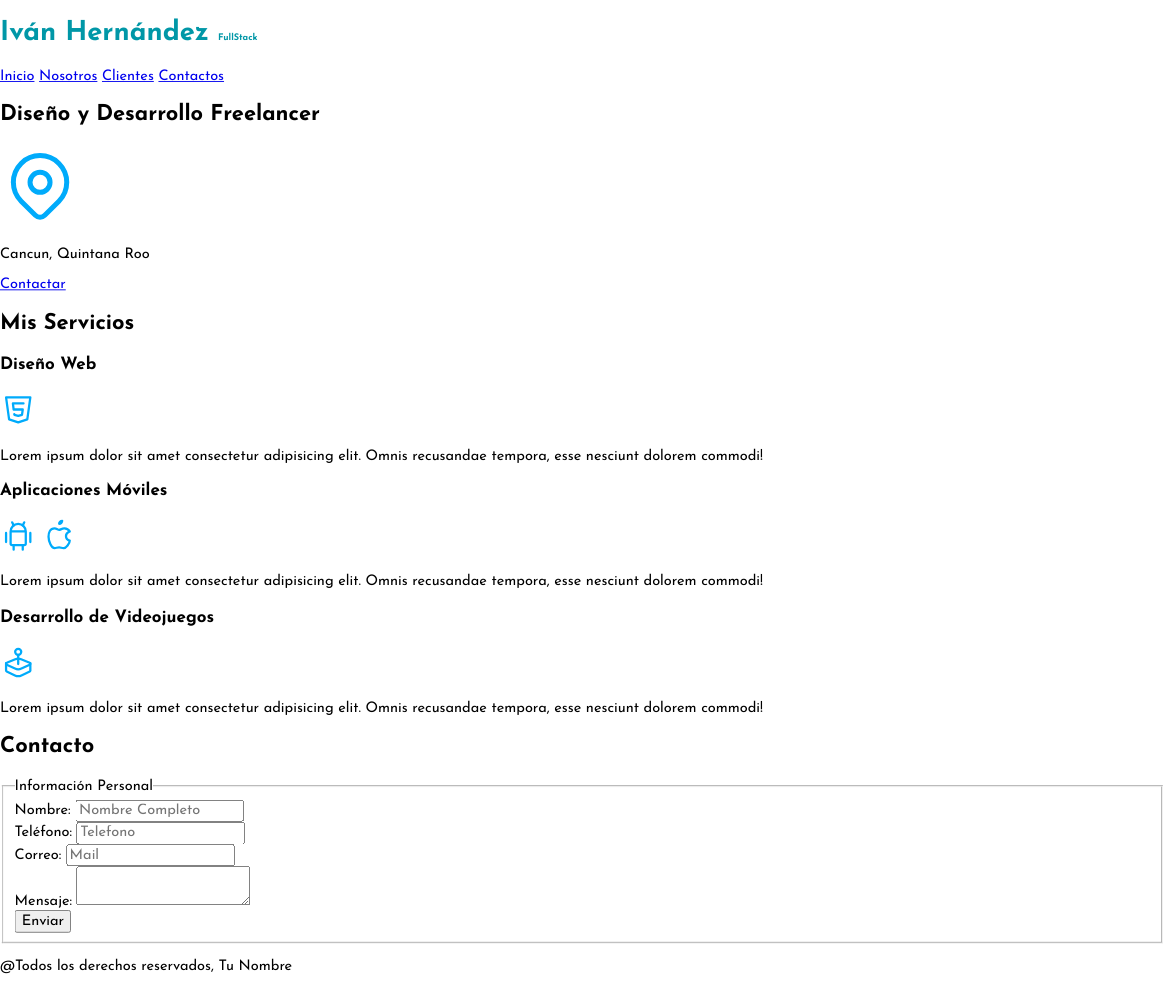
Repository: IvanHernandezMuro/freelance_base
Page: index.html
The author's editor kept a copy of each file at every save. The page is drawn from the files as they stood at one save, then again after the next save.
The browser window is 1280 px wide. The pictures show the whole page, at 91% of full size.

Above is the page before, as saved 2023-05-09 00:06:01.

After the next save:
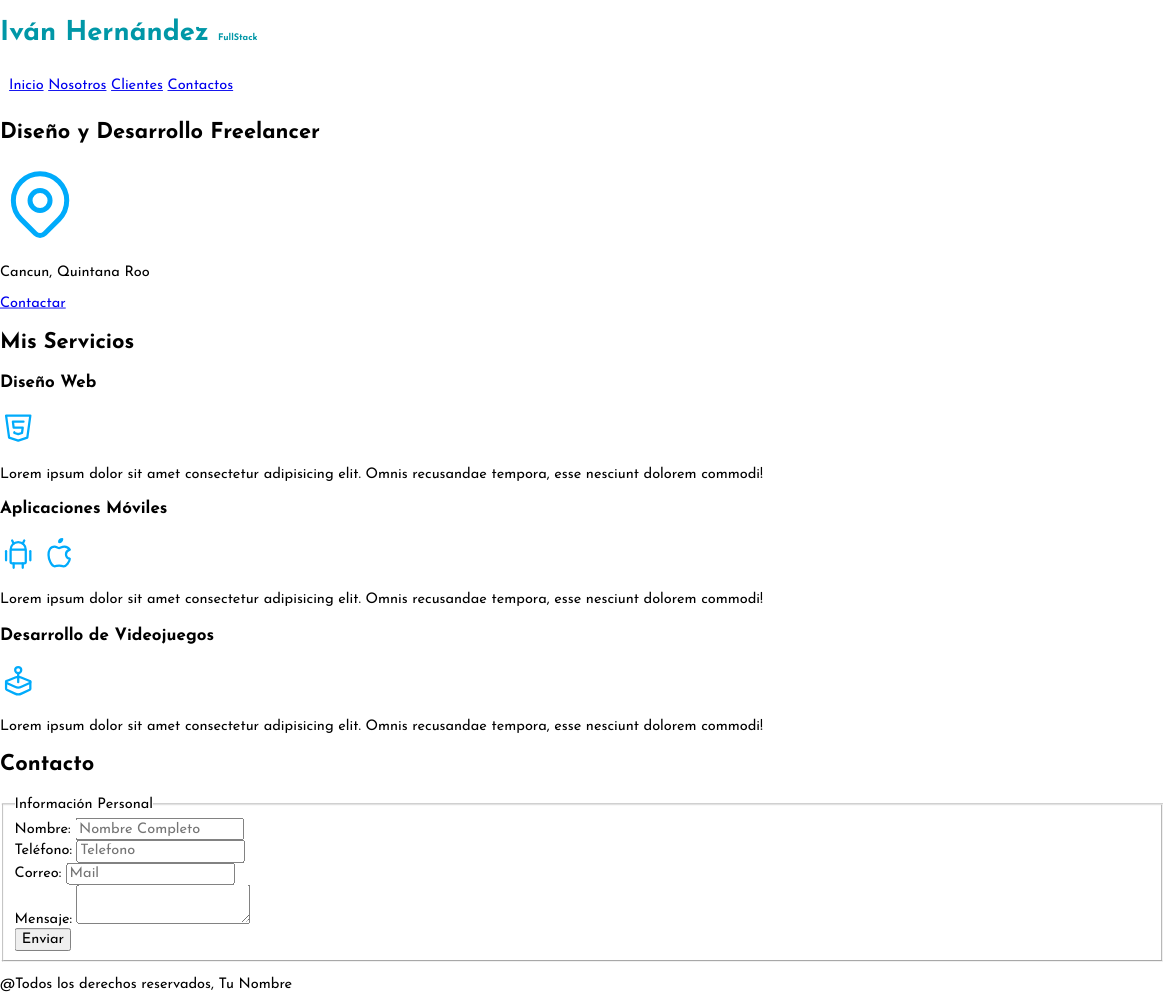
Saved 112 s later.
--- a/css/styles.css
+++ b/css/styles.css
@@ -27,3 +27,11 @@ body {
 .titulo span {
 	font-size: 1rem;
 }
+
+.navegacion-principal {
+	padding: 1rem;
+}
+.contenedor {
+}
+.nav-bg {
+}
